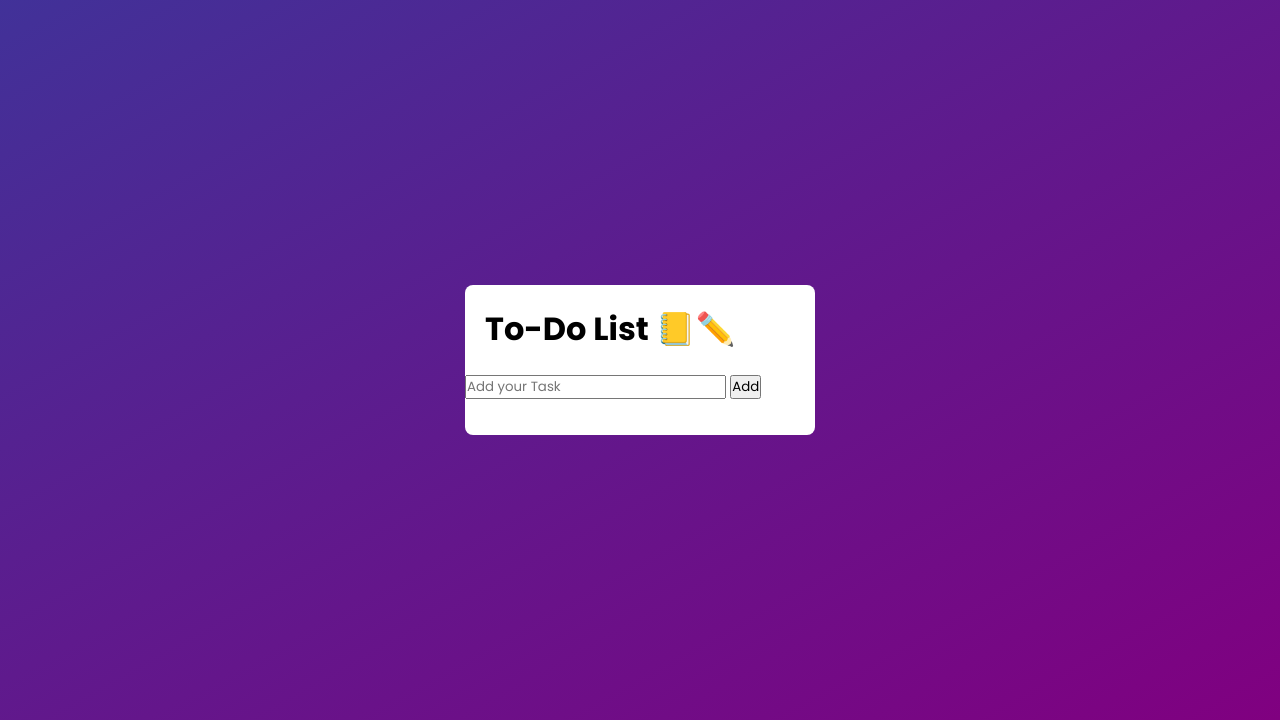
Repository: Ankitkr2021/To-Do-List
Page: index.html
The author's editor kept a copy of each file at every save. The page is drawn from the files as they stood at one save, then again after the next save.
The browser window is 1280 px wide. The pictures show the whole page.

Above is the page before, as saved 2025-10-03 10:03:39.

### index.html
<!DOCTYPE html>
<html lang="en">
<head>
    <meta charset="UTF-8">
    <meta name="viewport" content="width=device-width, initial-scale=1.0">
    <title>To-Do-List</title>
    <link rel="stylesheet" href="./style.css">
</head>
<body>
    <div class="box">
        <h1>To-Do List 📒✏️</h1>
        <div class="task">
        <input id="add" type="text" placeholder="Add your Task">
        <button type="submit">Add</button>
        </div>
    </div>
</body>
</html>

### style.css
@import url("https://fonts.googleapis.com/css2?family=Poppins:wght@300;400;500;600;700&display=swap");

*{
    margin: 0;
    padding: 0;
    box-sizing: border-box;
    font-family: 'Poppins',sans-serif;
}

body{
    display: flex;
    justify-content: center;
    align-items: center;
    height: 100vh;
    background: linear-gradient(to bottom right, rgba(40, 22, 139, 0.884), purple);
}

.box {
    background: #fff;
    height: 150px;
    max-height: 300px;
    width: 350px;
    border-radius: 8px;
}

.box h1 {
    padding: 20px 20px;
}

After the next save:
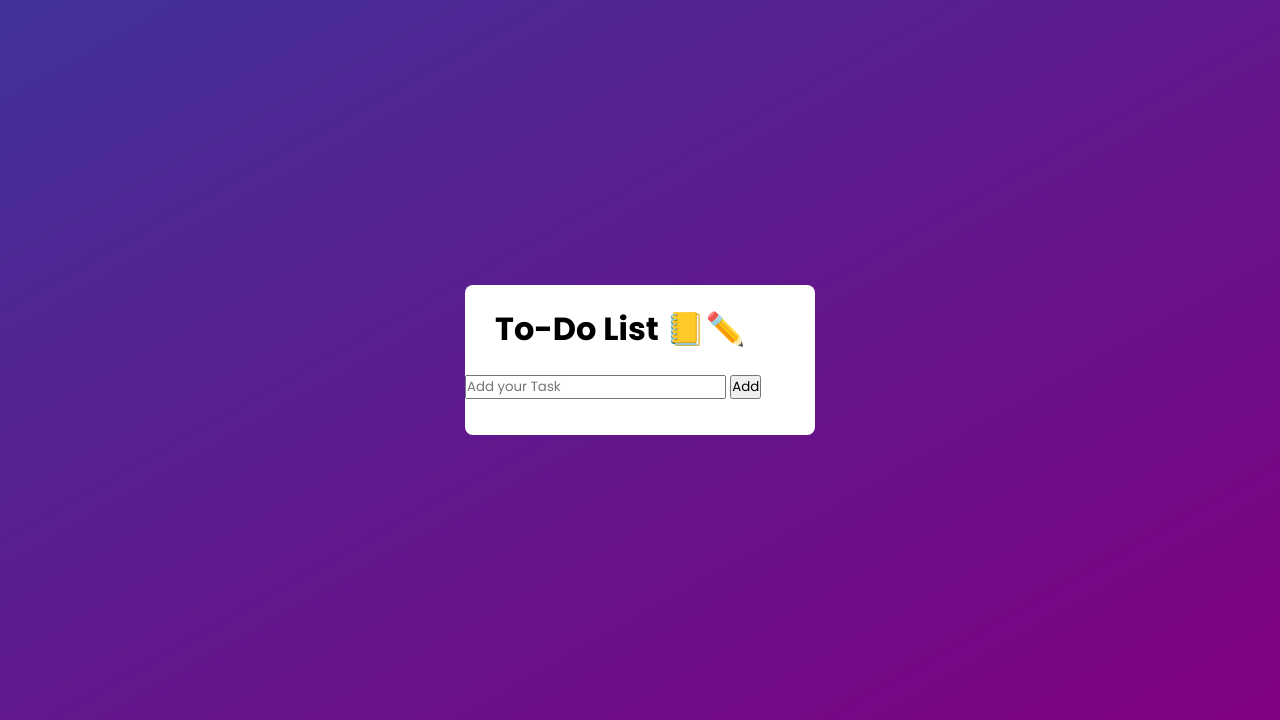
Saved 6 s later.
--- a/style.css
+++ b/style.css
@@ -24,5 +24,5 @@ body{
 }
 
 .box h1 {
-    padding: 20px 20px;
+    padding: 20px 30px;
 }
